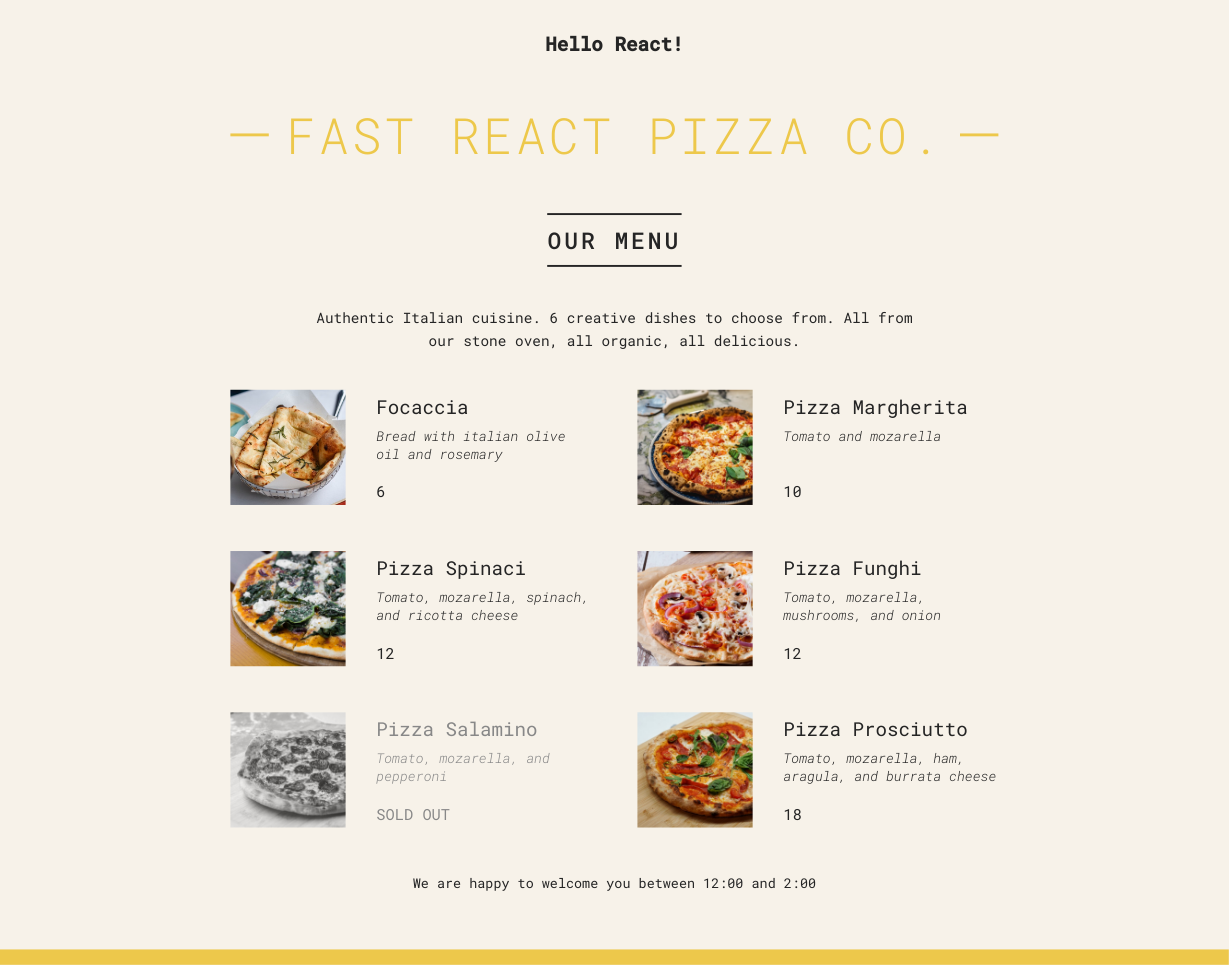
Repository: Alphosmart/03_pizza-menu
Page: /
An editor plug-in stored every save of this project. The page is shown before and after the next save, followed by the edit.
The browser window is 1280 px wide. The pictures show the whole page, at 96% of full size.
The project was rebuilt for these pictures with package versions that can differ from the ones it lists, and the page was loaded fresh each time.

Above is the page before, as saved 2024-06-18 01:02:18.

After the next save:
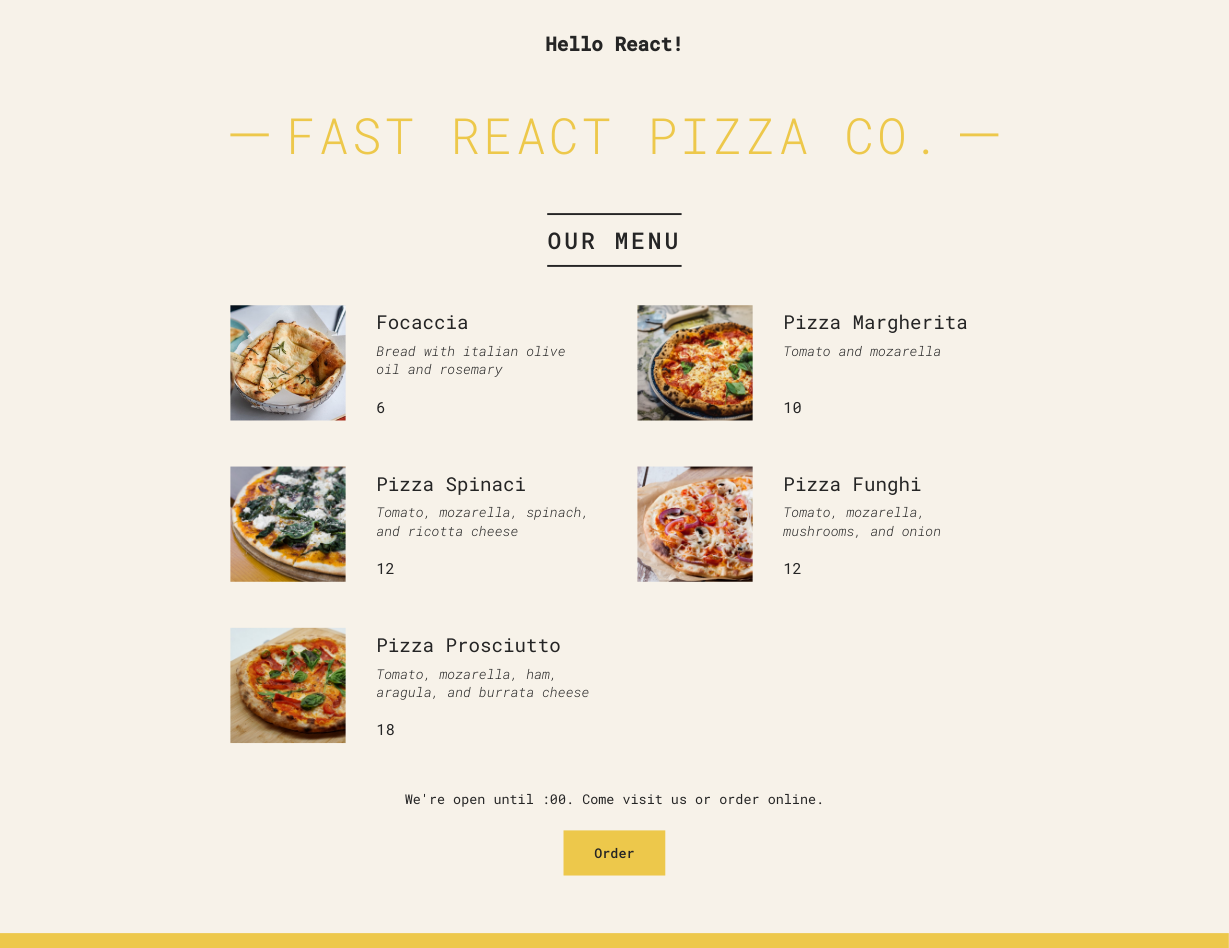
Saved 15 min 22 s later.
--- a/src/index.js
+++ b/src/index.js
@@ -1,6 +1,7 @@
 import React from "react";
 import ReactDOM from "react-dom/client";
 import "./index.css";
+
 const pizzaData = [
   {
     name: "Focaccia",
@@ -45,6 +46,7 @@ const pizzaData = [
     soldOut: false,
   },
 ];
+
 function App() {
   return (
     <div className="container">
@@ -55,6 +57,7 @@ function App() {
     </div>
   );
 }
+
 function Header() {
   // const style = { color: "red", fontSize: "48px", textTransform: "Uppercase" };
   const style = {};
@@ -64,29 +67,25 @@ function Header() {
     </header>
   );
 }
+
 function Menu() {
   const pizzas = pizzaData;
   // const pizzas = [];
   const numPizzas = pizzas.length;
+
   return (
     <main className="menu">
       <h2>Our Menu</h2>
-
       {numPizzas > 0 ? (
-        <>
-          <p>
-            Authentic Italian cuisine. 6 creative dishes to choose from. All
-            from our stone oven, all organic, all delicious.
-          </p>
-          <ul className="pizzas">
-            {pizzas.map((pizza) => (
-              <Pizza pizzaObj={pizza} key={pizza.name} />
-            ))}
-          </ul>
-        </>
+        <ul className="pizzas">
+          {pizzas.map((pizza) => (
+            <Pizza pizzaObj={pizza} key={pizza.name} />
+          ))}
+        </ul>
       ) : (
         <p>We are still working on our menu. Please come back later</p>
       )}
+
       {/* <Pizza
         name="Pizza Spinaci"
         ingredients="Tomato, mozarella, spinach, and ricotta cheese"
@@ -102,23 +101,19 @@ function Menu() {
     </main>
   );
 }
-function Pizza({ pizzaObj }) {
-  console.log(pizzaObj);
-  // if (pizzaObj.soldOut) return null;
+
+function Pizza(props) {
+  console.log(props);
+
+  if (props.pizzaObj.soldOut) return null;
   return (
-    <li className={`pizza ${pizzaObj.soldOut ? "sold-out" : ""}`}>
-      <img src={pizzaObj.photoName} alt={pizzaObj.name} />
+    <li className="pizza">
+      <img src={props.pizzaObj.photoName} alt={props.pizzaObj.name} />
+
       <div>
-        <h3>{pizzaObj.name}</h3>
-        <p>{pizzaObj.ingredients}</p>
-
-        {/* {pizzaObj.soldOut ? (
-          <span>SOLD OUT</span>
-        ) : (
-          <span>{pizzaObj.price}</span>
-        )} */}
-
-        <span>{pizzaObj.soldOut ? "SOLD OUT" : pizzaObj.price}</span>
+        <h3>{props.pizzaObj.name}</h3>
+        <p>{props.pizzaObj.ingredients}</p>
+        <span>{props.pizzaObj.price}</span>
       </div>
     </li>
   );
@@ -126,16 +121,18 @@ function Pizza({ pizzaObj }) {
 function Footer() {
   const hour = new Date().getHours();
   const openHour = 12;
-  const closeHour = 2;
+  const closeHour = 24;
   const isOpen = hour >= openHour && hour <= closeHour;
   console.log(isOpen);
   // if (hour >= openHour && hour <= closeHour) alert("We're currently open!");
   // else alert("Sorry We're closed!");
+
   // if (isOpen) return <p>Closed</p>;
+
   return (
     <footer className="footer">
       {isOpen ? (
-        <Order closeHour={closeHour} openHour={openHour} />
+        <Order openHours={openHour} />
       ) : (
         <p>
           We are happy to welcome you between {openHour}:00 and {closeHour}:00
@@ -143,19 +140,20 @@ function Footer() {
       )}
     </footer>
   );
+
   // return React.createElement("footer", null, "We're currently open!");
 }
-function Order({ closeHour, openHour }) {
+function Order(props) {
   return (
     <div className="order">
       <p>
-        We're open from {openHour}:00 to {closeHour}:00. Come visit us or order
-        online.
+        We're open until {props.openHour}:00. Come visit us or order online.
       </p>
       <button className="btn">Order</button>
     </div>
   );
 }
+
 // React v18
 const root = ReactDOM.createRoot(document.getElementById("root"));
 root.render(
@@ -163,5 +161,6 @@ root.render(
     <App />
   </React.StrictMode>
 ); // or root.render<App />);
+
 //React before v18
 // React.render(<App />, document.getElementById("root"));
